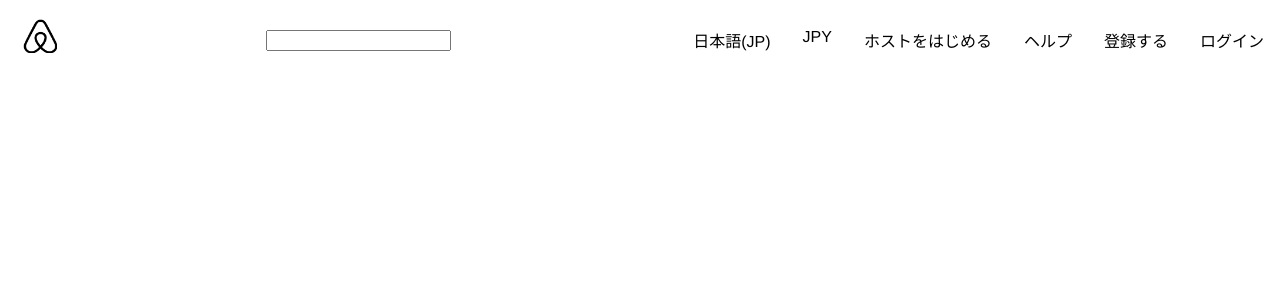
Repository: Ryoma-tech/20200622_htmlcss01
Page: index.html
These files come from the project's save history. The page is drawn as it stood at one moment and after the next save; the edit follows.
The browser window is 1280 px wide. The pictures show the whole page.

Above is the page before, as saved 2020-06-23 02:37:23.

### index.html
<!DOCTYPE html>
<html lang="en">
<head>
    <meta charset="UTF-8">
    <meta name="viewport" content="width=device-width, initial-scale=1.0">
    <title>Document</title>
    <link rel="stylesheet" href="style.css">
</head>
<body>
    <header>
            <h1><img src="images/Vector.png" alt=""></h1>
            <input class="" type="text">
            <nav>
                <ul>
                    <li>日本語(JP)</li>
                    <li>JPY</li>
                    <li>ホストをはじめる</li>
                    <li>ヘルプ</li>
                    <li>登録する</li>
                    <li>ログイン</li>
                </ul>
            </nav>
    </header>
</body>
</html>

### style.css
html, body, div, span, object, iframe, h1, h2, h3, h4, h5, h6, p, blockquote, pre, abbr, address, cite, code, del, dfn, em, img, ins, kbd, q, samp, small, strong, sub, sup, var, b, i, dl, dt, dd, ol, ul, li, fieldset, form, label, legend, table, caption, tbody, tfoot, thead, tr, th, td, article, aside, canvas, details, figcaption, figure, footer, header, hgroup, menu, nav, section, summary, time, mark, audio, video {
    margin: 0;
    font-family: Helvetica Neue;
}

li {
    list-style: none;
}

header {
    display: flex;
    justify-content: space-between;
    align-items: center;
    height: 80px;
}

header>h1>img {
    height: 34px;
    width: 34px;
    margin: 23px;
}

header>h1, header>input {
    margin-right: auto;
}

header>input {
    display: inline-block;
}


nav>ul {
    display: flex;
}

nav>ul>li {
    margin: 16px;
}

After the next save:
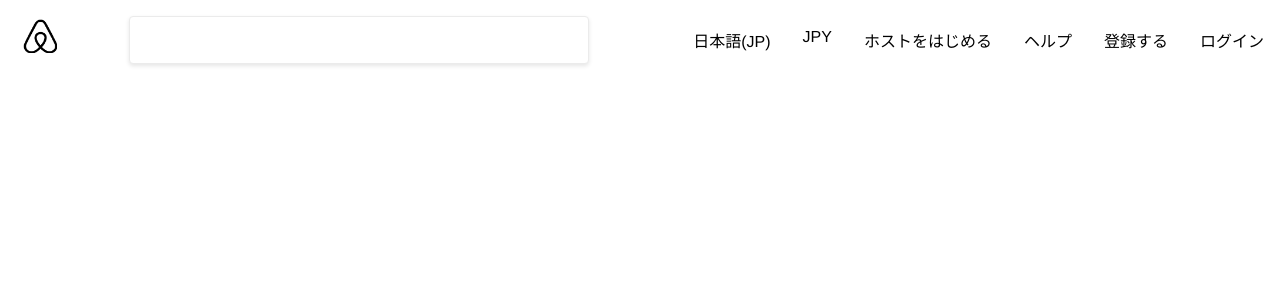
Saved 53 s later.
--- a/style.css
+++ b/style.css
@@ -26,8 +26,16 @@
 
 header>input {
     display: inline-block;
+    width: 460px;
+    height: 48px;
+    left: 80px;
+    top: 16px;
+    background: #FFFFFF;
+    border: 1px solid #EBEBEB;
+    box-sizing: border-box;
+    box-shadow: 0px 2px 4px rgba(0, 0, 0, 0.1);
+    border-radius: 4px;
 }
-
 
 nav>ul {
     display: flex;
